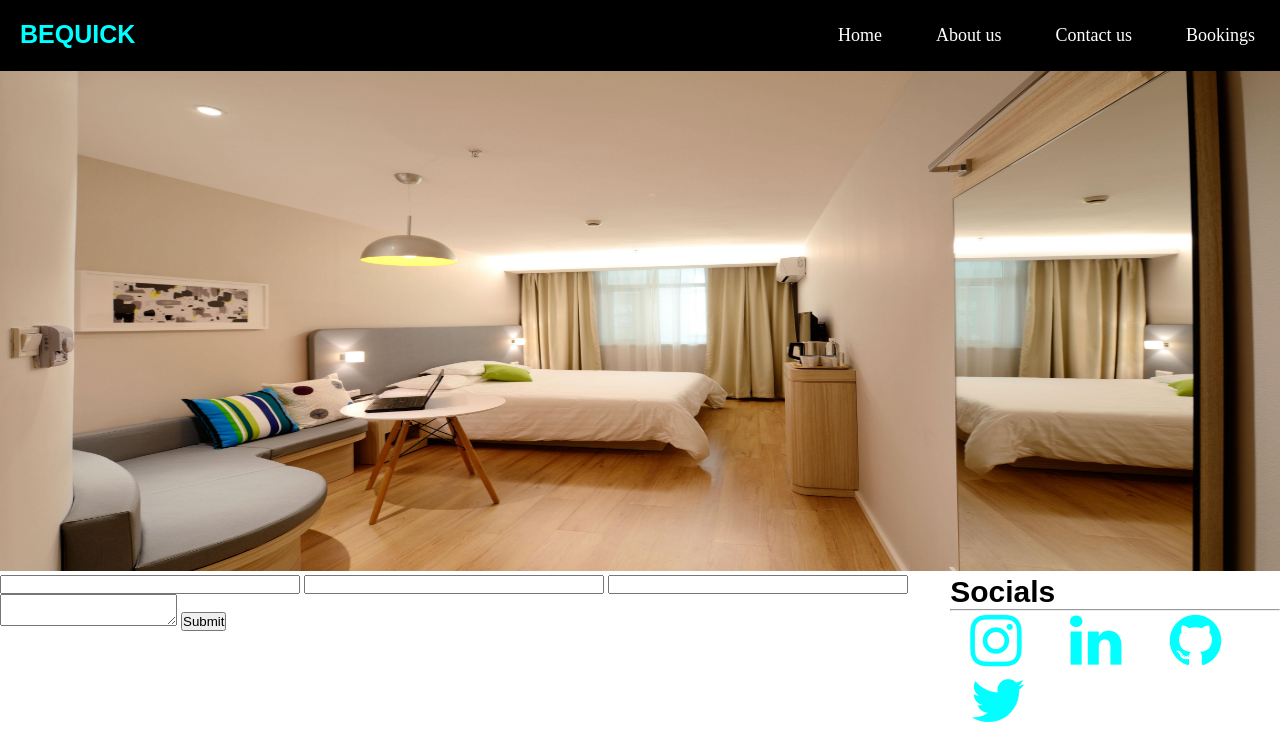
Repository: Ayushi6Sharma/BEQUICK_Hotel_Booking_Web
Page: about.html
The author's editor kept a copy of each file at every save. The page is drawn from the files as they stood at one save, then again after the next save.
The browser window is 1280 px wide. The pictures show the whole page.

Above is the page before, as saved 2022-05-09 14:49:26.

### about.html
<!DOCTYPE html>
<html lang="en">
<head>
    <meta charset="UTF-8">
    <meta http-equiv="X-UA-Compatible" content="IE=edge">
    <meta name="viewport" content="width=device-width, initial-scale=1.0">
    <link rel="stylesheet" href="https://stackpath.bootstrapcdn.com/font-awesome/4.7.0/css/font-awesome.min.css" integrity="sha384-wvfXpqpZZVQGK6TAh5PVlGOfQNHSoD2xbE+QkPxCAFlNEevoEH3Sl0sibVcOQVnN" crossorigin="anonymous">
    <link rel="stylesheet" href="./style/style.css">
    <link rel="stylesheet" href="./style/aboutstyle.css">
    <title>About us</title>
</head>
<body>
    <main>
        <nav class="nav">
            <ul class="nav-list">
                <span class="logo">BEQUICK</span>
                <li><a href="#">Home</a></li>
                <li><a href="#">About us</a></li>
                <li><a href="#">Contact us</a></li>
                <li><a href="#">Bookings</a></li>
            </ul>
        </nav>
        <!-- section 1 -->
        <section>
            <div class="hotel-main-image">
                <!-- <div class="bookings-btn">Bookings</div> -->
                <img src="./images/hotel-img-2.jpg" class="hotel-img-2">
            </div>
        </section>
        <!-- section 2 -->
        <section>
            <div class="aboutflex">
                <div class="contact-form">
                    <form action="#" method="POST">
                        <label for="firstname"></label>
                        <input type="text" name="firstname" id="firstname">
                        <label for="lastname"></label>
                        <input type="text" name="lastname" id="lastname">
                        <label for="email"></label>
                        <input type="text" name="email" id="email">
                        <label for="message"></label>
                        <textarea id="message" name="message"></textarea>
                        <button type="submit" class="submit">Submit</button>
                    </form>
                </div>
                <div class="social">
                    Socials
                    <hr/>
                    <div class="social-contact">
                        <a href="#"><i class="fa fa-instagram fa-2x"></i></a>
                        <a href="#"><i class="fa fa-linkedin fa-2x"></i></a>
                        <a href="#"><i class="fa fa-github fa-2x"></i></a>
                        <a href="#"><i class="fa fa-twitter fa-2x"></i></a>
                    </div>
                </div>
            </div>
        </section>
    </main>
</body>
</html>

### style/style.css
*
{
    padding: 0px;
    margin: 0px;
    box-sizing: border-box;
}
/* nav */
.nav
{
    background-color: black;
}
.nav-list
{
    list-style-type:none;
    width: 100%;
    text-align: end;
}
.nav-list > li
{
    display: inline-block;
    padding: 25px;
    font-size: 18px;
}
.nav-list li a
{
    text-decoration: none;
    color:white;
}
.nav-list li a:hover
{
    color: aquamarine;
}
.logo
{
    padding: 20px;
    color:aqua;
    float: left;
    font-size: 25px;
    font-weight: bolder;
    font-family: sans-serif;
}
/* section 1 */
/* main image */
.hotel-img-2
{
    width: 100%;
    height:500px;
}
hotel-main-image
{
    position: relative;
}
/* .bookings-btn
{
    width:250px;
    height: 60px;
    background-color: black;
    color:white;
    border-radius: 40px;
    text-align: center;
    padding-top: 15px;
    font-size:25px;
    font-family: sans-serif;
    position: absolute;
} */

/* section 2 */
.flex1-container1
{
    display: flex;
    flex-direction: row;
    flex-wrap: wrap;
    margin-top: 40px;
    justify-content: space-around;
    align-content:space-around;
}
/* Facilities */
.section2-facilities
{
    text-align: center;
    margin-top:50px;
}
.main-facilities
{
    font-size: 60px;
    font-weight: bold;
    font-family: sans-serif;
}
.main-facilities-lower
{
    font-size: 30px;
    font-style: italic;
    color:grey;
}
.facilities
{
    width:300px;
    height:300px;
    text-align:center;
    border-radius: 40px;
    box-shadow: 3px 2px 10px 1px lightgrey;
}
.facilities i{
    margin-top: 25%;
    color:aqua;
}
.facilities-content
{   margin-top: 30px;
    font-size: 25px;
    font-family:sans-serif;
}
/* section 3 */
.about{
    margin-top: 50px;
    display: flex;
    flex-wrap: wrap;
    background-color:grey;
}
.about-image
{
    width:90%;
    height:400px;
}
.about-content-1
{
    font-size: 50px;
    font-weight: bold;
    font-family: sans-serif;
    color: white;
    font-style: italic;
    margin-top: 30px;
}
.about-content-2
{
    color:white;
    word-wrap: break-word;
    font-size: 20px;
    padding-top: 30px;
    margin-bottom: 20px;
}
.about-btn
{
    width:250px;
    height: 60px;
    background-color: aqua;
    color:white;
    border-radius: 40px;
    text-align: center;
    padding-top: 15px;
    font-size:25px;
    border: none;
    font-family: sans-serif;
    margin: auto;
}

/* section 4 */

.flex2-container2
{
    display: flex;
    justify-content: space-around;
    margin-top: 100px;
    text-align: center;
    align-content:space-around;
    flex-wrap: wrap;
}
.location
{
    width:300px;
    height:300px;
    text-align:center;
    border-radius: 40px;
    box-shadow: 3px 2px 10px 1px lightgrey;
}
.location i
{
    color:aqua;
    padding-top: 25%;
}
.location-content
{
    font-size: 22px;
    font-family:sans-serif;
    padding-top: 20px;
}

/* footer */
.footer{
    background-color: black;
}
.footer-flex
{
    display: flex;
    justify-content: space-around;
    margin-top: 50px;
}
.footer-list-heading
{
    font-weight: bold;
    font-size: 23px;
    font-family: sans-serif;
    color:aqua;
    margin-top:30px;
}
.footer-list > ul
{
    list-style-type: none;
    color:white;
    font-size: 20px;
}
.footer-list-1 >li
{
    padding-top:20px;
}
.footer-list-2 >li
{
    padding-top:20px;
}
.footer-list-3 i
{
    padding-top: 15px;
    color: white;
}
/* copyright */
.copyright
{
    text-align: center;
    color:white;
    font-family: sans-serif;
    font-weight: bold;
    font-style: italic;
    padding-bottom: 30px;
}

### style/aboutstyle.css
.aboutflex
{
    display: flex;
    justify-content: space-between;
}
.social
{
    font-size: 30px;
    font-weight: bold;
    font-family: sans-serif;
}
.social-contact i
{
    color:aqua;
}
.social-contact a
{
    padding:20px;
}
[type="text"]
{
    width:300px;
}

After the next save:
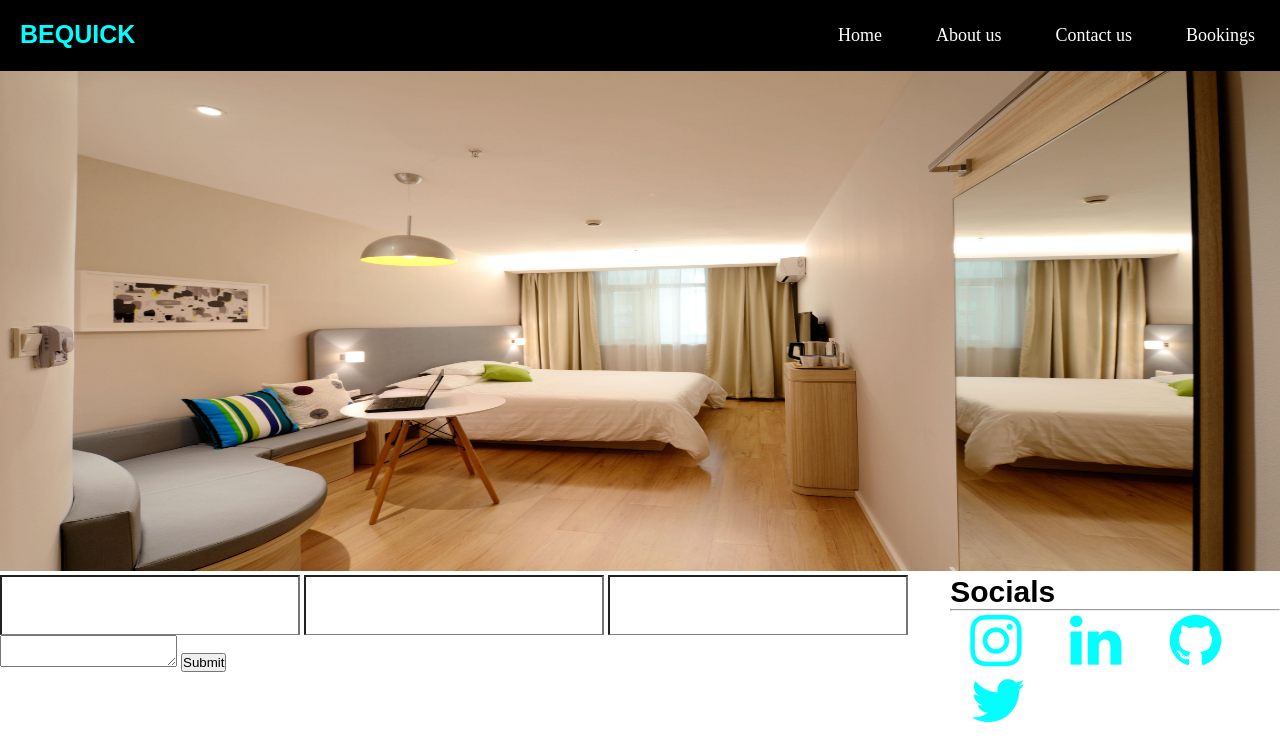
Saved 78 s later.
--- a/style/aboutstyle.css
+++ b/style/aboutstyle.css
@@ -20,4 +20,9 @@
 [type="text"]
 {
     width:300px;
+    height: 60px;
+    border-bottom:1px solid grey;
+    outline: none;
+    font-size: 20px;
+    font-family: sans-serif;
 }
